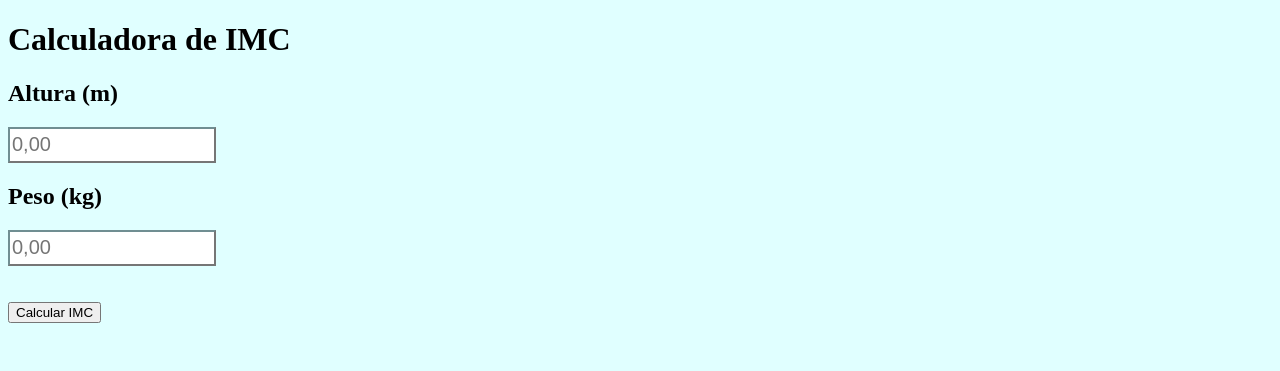
Repository: DeboraGuerra/programacaoWeb
Page: projetos-java/Desafio03/WebContent/index.htm
An editor plug-in stored every save of this project. The page is shown before and after the next save, followed by the edit.
The browser window is 1280 px wide. The pictures show the whole page.

Above is the page before, as saved 2020-03-23 23:59:53.

After the next save:
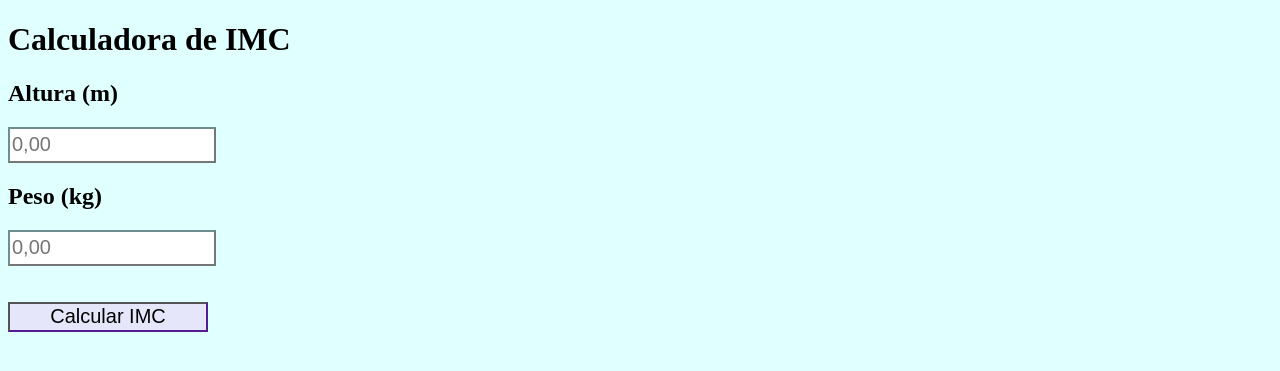
Saved 5 s later.
--- a/projetos-java/Desafio03/WebContent/index.htm
+++ b/projetos-java/Desafio03/WebContent/index.htm
@@ -23,7 +23,7 @@
 			 placeholder="0,00" step="0.01" min=0>
 
 			<br><br><br>
-			<input type="submit" class="botao" value="Calcular IMC">
+			<input type="submit" class="botao1" value="Calcular IMC">
 
 		</form>
 	</body>
